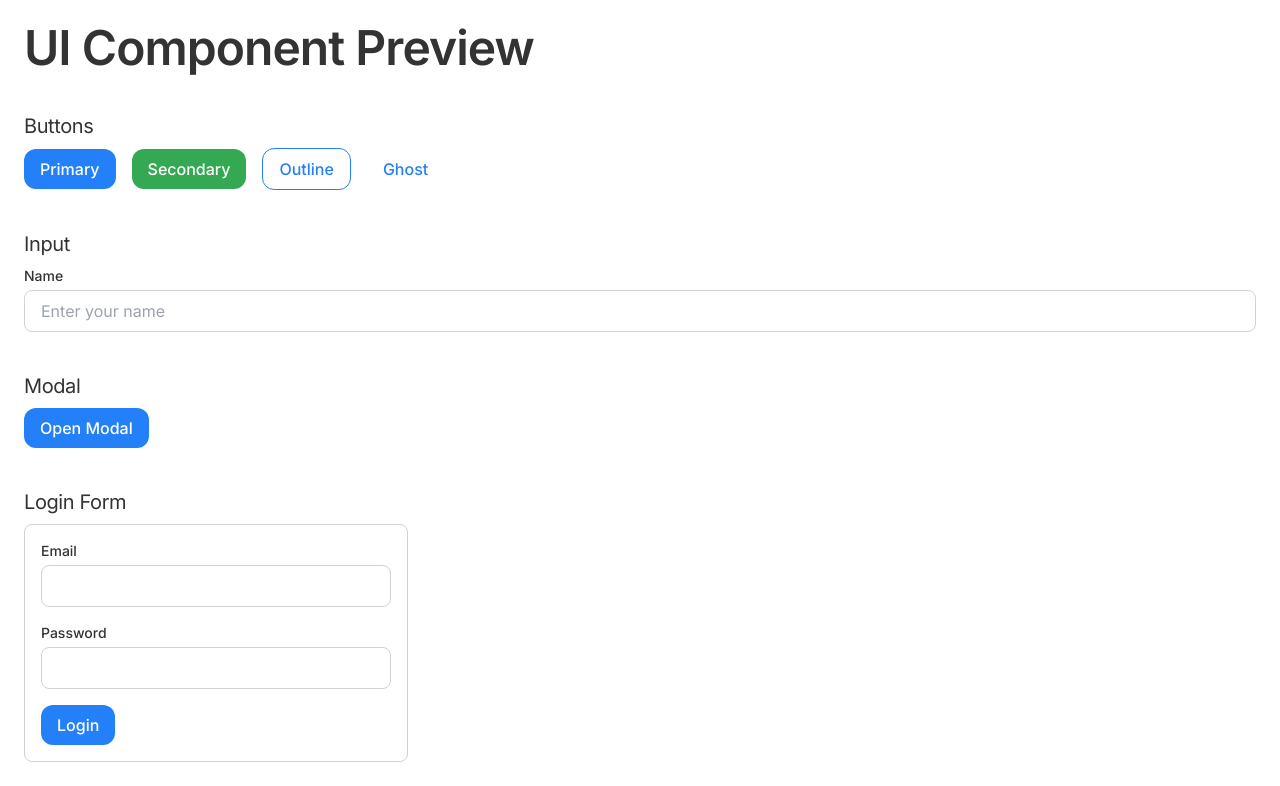
Repository: nikhilchikkam/im-project
Page: / (app in frontend/)
These files come from the project's save history. The page is drawn as it stood at one moment and after the next save; the edit follows.
The browser window is 1280 px wide. The pictures show the whole page.
The project was rebuilt for these pictures with package versions that can differ from the ones it lists, and the page was loaded fresh each time. Also part of the build but not shown: frontend/vite.config.ts, frontend/src/components/Modal.tsx.

Above is the page before, as saved 2025-06-10 17:39:07.

After the next save:
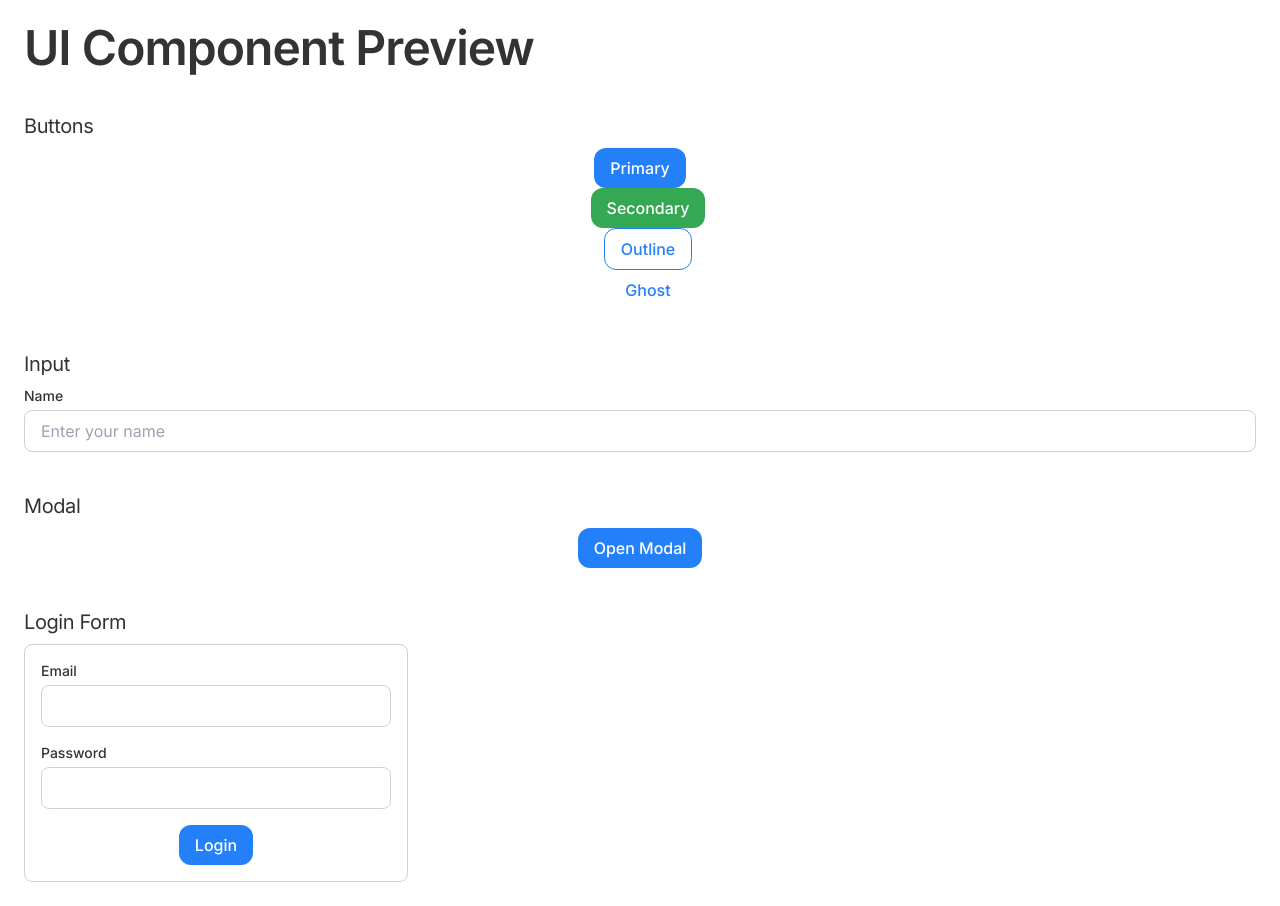
Saved 8 min 8 s later.
--- a/frontend/src/components/Button.tsx
+++ b/frontend/src/components/Button.tsx
@@ -8,9 +8,10 @@ type ButtonProps = {
   type?: 'button' | 'submit' | 'reset';
   disabled?: boolean;
   onClick?: () => void;
+  isActive?: boolean;
 };
 
-const base = 'rounded-xl font-medium transition-colors focus:outline-none focus-visible:ring-2';
+const base = 'relative rounded-xl font-medium transition-colors focus:outline-none focus-visible:ring-2';
 const sizes = {
   sm: 'px-3 py-1.5 text-sm',
   md: 'px-4 py-2 text-base',
@@ -30,13 +31,24 @@ export const Button = ({
   type = 'button',
   disabled,
   onClick,
+  isActive = false,
 }: ButtonProps) => (
-  <button
-    type={type}
-    onClick={onClick}
-    disabled={disabled}
-    className={clsx(base, sizes[size], variants[variant], { 'opacity-50 cursor-not-allowed': disabled })}
-  >
-    {children}
-  </button>
+  <div className="flex flex-col items-center space-y-1">
+    {isActive && (
+      <span className="w-2 h-2 bg-[#2480f8] rounded-full mb-1" />
+    )}
+    <button
+      type={type}
+      onClick={onClick}
+      disabled={disabled}
+      className={clsx(
+        base,
+        sizes[size],
+        variants[variant],
+        disabled && 'opacity-50 cursor-not-allowed'
+      )}
+    >
+      {children}
+    </button>
+  </div>
 );
